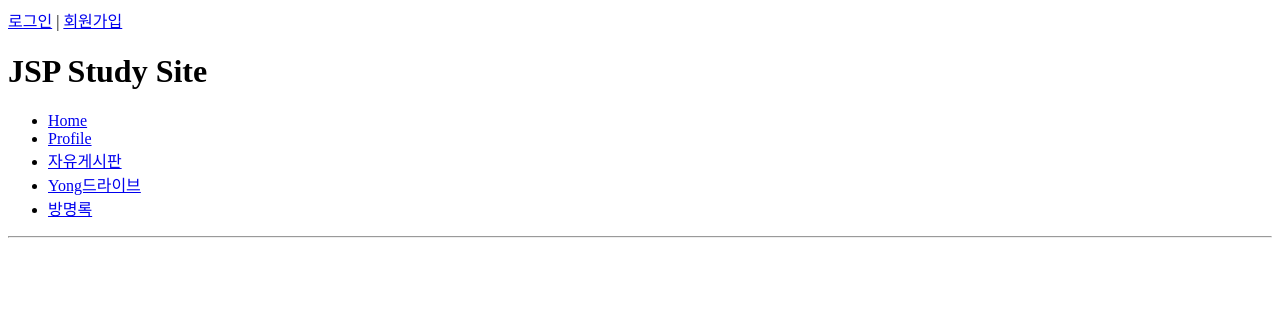
Repository: sdfg6213/clonecoding
Page: http://localhost/myweb2/header.jsp
An editor plug-in stored every save of this project. The page is shown before and after the next save, followed by the edit.
The browser window is 1280 px wide. The pictures show the whole page.
The page is served by Tomcat 9.

Above is the page before, as saved 2025-04-29 07:26:41.

After the next save:
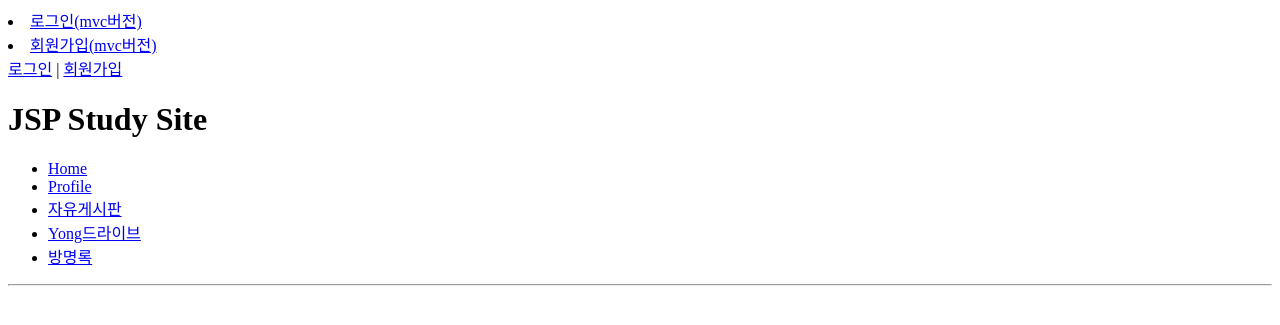
Saved 2 min 21 s later.
--- a/myweb2/src/main/webapp/header.jsp
+++ b/myweb2/src/main/webapp/header.jsp
@@ -1,10 +1,11 @@
 <%@ page language="java" contentType="text/html; charset=UTF-8"
     pageEncoding="UTF-8"%>
-<script>
-function openLogin(){
-	window.open('/myweb/member/login.jsp','login','width=450,height=350');
-}
-</script>
+<%@ taglib prefix="c" uri = "http://java.sun.com/jsp/jstl/core" %>
+
+<c:if test="${empty sessionScope.id }">
+	<li><a href="login.yong">로그인(mvc버전)</a></li>
+	<li><a href="join.yong">회원가입(mvc버전)</a></li>
+</c:if>
 <%
 String sname=(String)session.getAttribute("sname");
 
